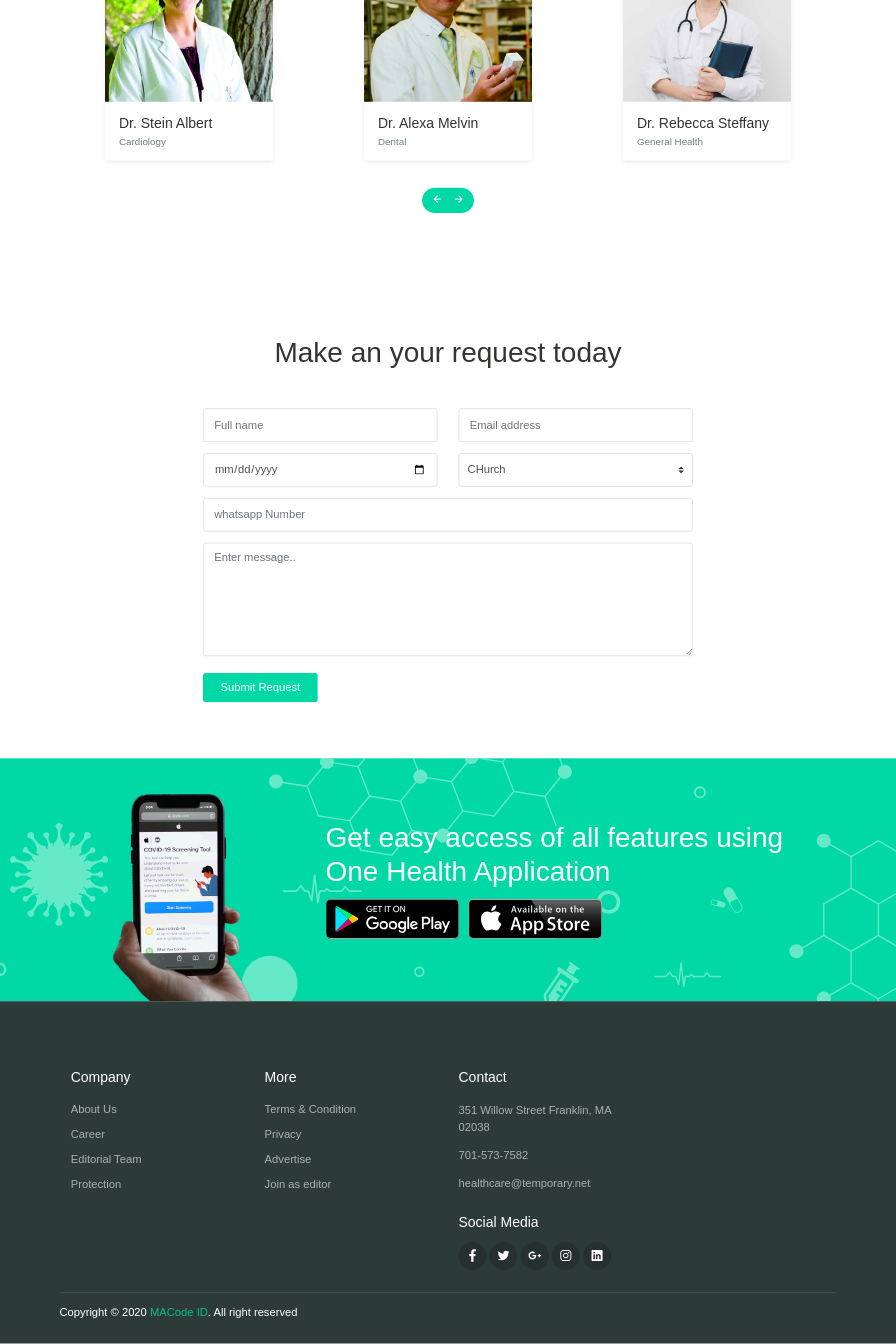
Repository: profbkmurage/myWeb
Page: html/index.html
These files come from the project's save history. The page is drawn as it stood at one moment and after the next save; the edit follows.
The browser window is 1280 px wide. The pictures show the part of the page from y = 1635 to 3555 px (the page is 3555 px tall before and 3491 px after), at 70% of full size.

Above is the page before, as saved 2023-12-10 16:11:06.

### html/index.html
<!DOCTYPE html>
<html lang="en">
<head>
  <meta charset="UTF-8">
  <meta name="viewport" content="width=device-width, initial-scale=1.0">

  <meta http-equiv="X-UA-Compatible" content="ie=edge">

  <title>M&M Website</title>

  <link rel="stylesheet" href="../assets/css/maicons.css">

  <link rel="stylesheet" href="../assets/css/bootstrap.css">

  <link rel="stylesheet" href="../assets/vendor/owl-carousel/css/owl.carousel.css">

  <link rel="stylesheet" href="../assets/vendor/animate/animate.css">

  <link rel="stylesheet" href="../assets/css/theme.css">
</head>
<body>

  <!-- Back to top button -->
  <div class="back-to-top"></div>

  <header>
    <div class="topbar">
      <div class="container">
        <div class="row">
          <div class="col-sm-8 text-sm">
            <div class="site-info">
              <a href="tel:0745755893" ><span class="mai-call text-primary"></span> +254745755893</a>
              <span class="divider">|</span>
              <a href="#"><span class="mai-mail text-primary"></span> pnjoroge@gmail.com</a>
            </div>
          </div>
          <div class="col-sm-4 text-right text-sm">
            <div class="social-mini-button">
              <a href="#"><span class="mai-logo-facebook-f"></span></a>
              <a href="#"><span class="mai-logo-twitter"></span></a>
              <a href="#"><span class="mai-logo-dribbble"></span></a>
              <a href="#"><span class="mai-logo-instagram"></span></a>
            </div>
          </div>
        </div> <!-- .row -->
      </div> <!-- .container -->
    </div> <!-- .topbar -->

    <nav class="navbar navbar-expand-lg navbar-light shadow-sm">
      <div class="container">
        <a class="navbar-brand" href="#"><span class="text-primary">P And</span> Associates Media</a>

        <!-- <form action="#">
          <div class="input-group input-navbar">
            <div class="input-group-prepend">
              <span class="input-group-text" id="icon-addon1"><span class="mai-search"></span></span>
            </div>
            <input type="text" class="form-control" placeholder="Enter keyword.." aria-label="Username" aria-describedby="icon-addon1">
          </div>
        </form> -->

        <button class="navbar-toggler" type="button" data-toggle="collapse" data-target="#navbarSupport" aria-controls="navbarSupport" aria-expanded="false" aria-label="Toggle navigation">
          <span class="navbar-toggler-icon"></span>
        </button>

        <div class="collapse navbar-collapse" id="navbarSupport">
          <ul class="navbar-nav ml-auto">
            <li class="nav-item active">
              <a class="nav-link" href="index.html">Home</a>
            </li>
            <li class="nav-item">
              <a class="nav-link" href="about.html">About Us</a>
            </li>
            <li class="nav-item">
              <a class="nav-link" href="work.html">Our work</a>
            </li>
            <li class="nav-item">
              <a class="nav-link" href="blog.html">News</a>
            </li>
            <li class="nav-item">
              <a class="nav-link" href="contact.html">Contact</a>
            </li>
            <!-- <li class="nav-item">
              <a class="btn btn-primary ml-lg-3" href="#">Login / Register</a>
            </li> -->
          </ul>
        </div> <!-- .navbar-collapse -->
      </div> <!-- .container -->
    </nav>
  </header>

  <div class="page-hero bg-image overlay-dark" style="background-image: url(../assets/img/bg_image_1.jpg);">
    <div class="hero-section">
      <div class="container text-center wow zoomIn">
        <span class="subhead">Let's make your life colorful and simpler</span>
        <h1 class="display-4">Get your color</h1>
        <a href="./work.html" class="btn btn-primary">See our work</a>
      </div>
    </div>
  </div>


  <div class="bg-light">
    <div class="page-section py-3 mt-md-n5 custom-index">
      <div class="container">
        <div class="row justify-content-center">
          <div class="col-md-4 py-3 py-md-0">
            <div class="card-service wow fadeInUp">
              <div class="circle-shape bg-secondary text-white">
                <span class="mai-chatbubbles-outline"></span>
              </div>
              <p><span>Chat</span> with a designers</p>
            </div>
          </div>
          <div class="col-md-4 py-3 py-md-0">
            <div class="card-service wow fadeInUp">
              <div class="circle-shape bg-primary text-white">
                <span class="mai-shield-checkmark"></span>
              </div>
              <p><span>Make</span>-your orders now</p>
            </div>
          </div>
          <div class="col-md-4 py-3 py-md-0">
            <div class="card-service wow fadeInUp">
              <div class="circle-shape bg-accent text-white">
                <span class="mai-basket"></span>
              </div>
              <p><span>you ask</span>-we deliver</p>
            </div>
          </div>
        </div>
      </div>
    </div> <!-- .page-section -->

    <div class="page-section pb-0">
      <div class="container">
        <div class="row align-items-center">
          <div class="col-lg-6 py-3 wow fadeInUp">
            <h1>Welcome to Your graphics <br> Center</h1>
            <p class="text-grey mb-4">Here we are commited to bridge your graphics deficts for you as an individual, small companies, organizations and even big companies and business groups. you make your order and request we have a competent and great team of engineers to do the heavy lifting for you</p>
            <a href="about.html" class="btn btn-primary">Learn More</a>
          </div>
          <div class="col-lg-6 wow fadeInRight" data-wow-delay="400ms">
            <div class="img-place custom-img-1">
              <img src="../assets/img/bg-doctor.png" alt="">
            </div>
          </div>
        </div>
      </div>
    </div> <!-- .bg-light -->
  </div> <!-- .bg-light -->

  <div class="page-section">
    <div class="container">
      <h1 class="text-center mb-5 wow fadeInUp">Our Designers</h1>

      <div class="owl-carousel wow fadeInUp" id="doctorSlideshow">
        <div class="item">
          <div class="card-doctor">
            <div class="header">
              <img src="../assets/img/doctors/doctor_1.jpg" alt="">
              <div class="meta">
                <a href="#"><span class="mai-call"></span></a>
                <a href="#"><span class="mai-logo-whatsapp"></span></a>
              </div>
            </div>
            <div class="body">
              <p class="text-xl mb-0">Dr. Stein Albert</p>
              <span class="text-sm text-grey">Cardiology</span>
            </div>
          </div>
        </div>
        <div class="item">
          <div class="card-doctor">
            <div class="header">
              <img src="../assets/img/doctors/doctor_2.jpg" alt="">
              <div class="meta">
                <a href="#"><span class="mai-call"></span></a>
                <a href="#"><span class="mai-logo-whatsapp"></span></a>
              </div>
            </div>
            <div class="body">
              <p class="text-xl mb-0">Dr. Alexa Melvin</p>
              <span class="text-sm text-grey">Dental</span>
            </div>
          </div>
        </div>
        <div class="item">
          <div class="card-doctor">
            <div class="header">
              <img src="../assets/img/doctors/doctor_3.jpg" alt="">
              <div class="meta">
                <a href="#"><span class="mai-call"></span></a>
                <a href="#"><span class="mai-logo-whatsapp"></span></a>
              </div>
            </div>
            <div class="body">
              <p class="text-xl mb-0">Dr. Rebecca Steffany</p>
              <span class="text-sm text-grey">General Health</span>
            </div>
          </div>
        </div>
        <div class="item">
          <div class="card-doctor">
            <div class="header">
              <img src="../assets/img/doctors/doctor_3.jpg" alt="">
              <div class="meta">
                <a href="#"><span class="mai-call"></span></a>
                <a href="#"><span class="mai-logo-whatsapp"></span></a>
              </div>
            </div>
            <div class="body">
              <p class="text-xl mb-0">Dr. Rebecca Steffany</p>
              <span class="text-sm text-grey">General Health</span>
            </div>
          </div>
        </div>
        <div class="item">
          <div class="card-doctor">
            <div class="header">
              <img src="../assets/img/doctors/doctor_3.jpg" alt="">
              <div class="meta">
                <a href="#"><span class="mai-call"></span></a>
                <a href="#"><span class="mai-logo-whatsapp"></span></a>
              </div>
            </div>
            <div class="body">
              <p class="text-xl mb-0">Dr. Rebecca Steffany</p>
              <span class="text-sm text-grey">General Health</span>
            </div>
          </div>
        </div>
      </div>
    </div>
  </div>

  <!-- <div class="page-section bg-light">
    <div class="container">
      <h1 class="text-center wow fadeInUp">Latest News</h1>
      <div class="row mt-5">
        <div class="col-lg-4 py-2 wow zoomIn">
          <div class="card-blog">
            <div class="header">
              <div class="post-category">
                <a href="#">Covid19</a>
              </div>
              <a href="blog-details.html" class="post-thumb">
                <img src="../assets/img/blog/blog_1.jpg" alt="">
              </a>
            </div>
            <div class="body">
              <h5 class="post-title"><a href="blog-details.html">List of Countries without Coronavirus case</a></h5>
              <div class="site-info">
                <div class="avatar mr-2">
                  <div class="avatar-img">
                    <img src="../assets/img/person/person_1.jpg" alt="">
                  </div>
                  <span>Roger Adams</span>
                </div>
                <span class="mai-time"></span> 1 week ago
              </div>
            </div>
          </div>
        </div>
        <div class="col-lg-4 py-2 wow zoomIn">
          <div class="card-blog">
            <div class="header">
              <div class="post-category">
                <a href="#">Covid19</a>
              </div>
              <a href="blog-details.html" class="post-thumb">
                <img src="../assets/img/blog/blog_2.jpg" alt="">
              </a>
            </div>
            <div class="body">
              <h5 class="post-title"><a href="blog-details.html">Recovery Room: News beyond the pandemic</a></h5>
              <div class="site-info">
                <div class="avatar mr-2">
                  <div class="avatar-img">
                    <img src="../assets/img/person/person_1.jpg" alt="">
                  </div>
                  <span>Roger Adams</span>
                </div>
                <span class="mai-time"></span> 4 weeks ago
              </div>
            </div>
          </div>
        </div>
        <div class="col-lg-4 py-2 wow zoomIn">
          <div class="card-blog">
            <div class="header">
              <div class="post-category">
                <a href="#">Covid19</a>
              </div>
              <a href="blog-details.html" class="post-thumb">
                <img src="../assets/img/blog/blog_3.jpg" alt="">
              </a>
            </div>
            <div class="body">
              <h5 class="post-title"><a href="blog-details.html">What is the impact of eating too much sugar?</a></h5>
              <div class="site-info">
                <div class="avatar mr-2">
                  <div class="avatar-img">
                    <img src="../assets/img/person/person_2.jpg" alt="">
                  </div>
                  <span>Diego Simmons</span>
                </div>
                <span class="mai-time"></span> 2 months ago
              </div>
            </div>
          </div>
        </div>

        <div class="col-12 text-center mt-4 wow zoomIn">
          <a href="blog.html" class="btn btn-primary">Read More</a>
        </div>

      </div>
    </div>
  </div> .page-section -->

  <div class="page-section">
    <div class="container">
      <h1 class="text-center wow fadeInUp">Make an your request today</h1>

      <form class="main-form">
        <div class="row mt-5 ">
          <div class="col-12 col-sm-6 py-2 wow fadeInLeft">
            <input type="text" class="form-control" placeholder="Full name">
          </div>
          <div class="col-12 col-sm-6 py-2 wow fadeInRight">
            <input type="text" class="form-control" placeholder="Email address">
          </div>
          <div class="col-12 col-sm-6 py-2 wow fadeInLeft" data-wow-delay="300ms">
            <input type="date" class="form-control">
          </div>
          <div class="col-12 col-sm-6 py-2 wow fadeInRight" data-wow-delay="300ms">
            <select name="departement" id="departement" class="custom-select">
              <option value="general">CHurch</option>
              <option value="cardiology">Small Business</option>
              <option value="dental">Large organization</option>
              <option value="neurology">Video coverage</option>
              <option value="orthopaedics">video editing</option>
            </select>
          </div>
          <div class="col-12 py-2 wow fadeInUp" data-wow-delay="300ms">
            <input type="text" class="form-control" placeholder="whatsapp Number">
          </div>
          <div class="col-12 py-2 wow fadeInUp" data-wow-delay="300ms">
            <textarea name="message" id="message" class="form-control" rows="6" placeholder="Enter message.."></textarea>
          </div>
        </div>

        <button type="submit" class="btn btn-primary mt-3 wow zoomIn">Submit Request</button>
      </form>
    </div>
  </div> <!-- .page-section -->

  <div class="page-section banner-home bg-image" style="background-image: url(../assets/img/banner-pattern.svg);">
    <div class="container py-5 py-lg-0">
      <div class="row align-items-center">
        <div class="col-lg-4 wow zoomIn">
          <div class="img-banner d-none d-lg-block">
            <img src="../assets/img/mobile_app.png" alt="">
          </div>
        </div>
        <div class="col-lg-8 wow fadeInRight">
          <h1 class="font-weight-normal mb-3">Get easy access of all features using One Health Application</h1>
          <a href="#"><img src="../assets/img/google_play.svg" alt=""></a>
          <a href="#" class="ml-2"><img src="../assets/img/app_store.svg" alt=""></a>
        </div>
      </div>
    </div>
  </div> <!-- .banner-home -->

  <footer class="page-footer">
    <div class="container">
      <div class="row px-md-3">
        <div class="col-sm-6 col-lg-3 py-3">
          <h5>Company</h5>
          <ul class="footer-menu">
            <li><a href="#">About Us</a></li>
            <li><a href="#">Career</a></li>
            <li><a href="#">Editorial Team</a></li>
            <li><a href="#">Protection</a></li>
          </ul>
        </div>
        <div class="col-sm-6 col-lg-3 py-3">
          <h5>More</h5>
          <ul class="footer-menu">
            <li><a href="#">Terms & Condition</a></li>
            <li><a href="#">Privacy</a></li>
            <li><a href="#">Advertise</a></li>
            <li><a href="#">Join as editor</a></li>
          </ul>
        </div>
        <!-- <div class="col-sm-6 col-lg-3 py-3">
          <h5>Our partner</h5>
          <ul class="footer-menu">
            <li><a href="#">One-Fitness</a></li>
            <li><a href="#">One-Drugs</a></li>
            <li><a href="#">One-Live</a></li>
          </ul>
        </div> -->
        <div class="col-sm-6 col-lg-3 py-3">
          <h5>Contact</h5>
          <p class="footer-link mt-2">351 Willow Street Franklin, MA 02038</p>
          <a href="#" class="footer-link">701-573-7582</a>
          <a href="#" class="footer-link">healthcare@temporary.net</a>

          <h5 class="mt-3">Social Media</h5>
          <div class="footer-sosmed mt-3">
            <a href="#" target="_blank"><span class="mai-logo-facebook-f"></span></a>
            <a href="#" target="_blank"><span class="mai-logo-twitter"></span></a>
            <a href="#" target="_blank"><span class="mai-logo-google-plus-g"></span></a>
            <a href="#" target="_blank"><span class="mai-logo-instagram"></span></a>
            <a href="#" target="_blank"><span class="mai-logo-linkedin"></span></a>
          </div>
        </div>
      </div>

      <hr>

      <p id="copyright">Copyright &copy; 2020 <a href="https://macodeid.com/" target="_blank">MACode ID</a>. All right reserved</p>
    </div>
  </footer>

<script src="../assets/js/jquery-3.5.1.min.js"></script>

<script src="../assets/js/bootstrap.bundle.min.js"></script>

<script src="../assets/vendor/owl-carousel/js/owl.carousel.min.js"></script>

<script src="../assets/vendor/wow/wow.min.js"></script>

<script src="../assets/js/theme.js"></script>

</body>
</html>

Loaded but not shown: assets/css/bootstrap.css (library); assets/vendor/owl-carousel/css/owl.carousel.css (library); assets/vendor/animate/animate.css (library); assets/js/jquery-3.5.1.min.js (library); assets/js/bootstrap.bundle.min.js (library); assets/vendor/owl-carousel/js/owl.carousel.min.js (library); assets/vendor/wow/wow.min.js (library); assets/js/theme.js (65 lines, source omitted); assets/css/maicons.css (2634 lines, source omitted); assets/css/theme.css (1836 lines, source omitted)

After the next save:
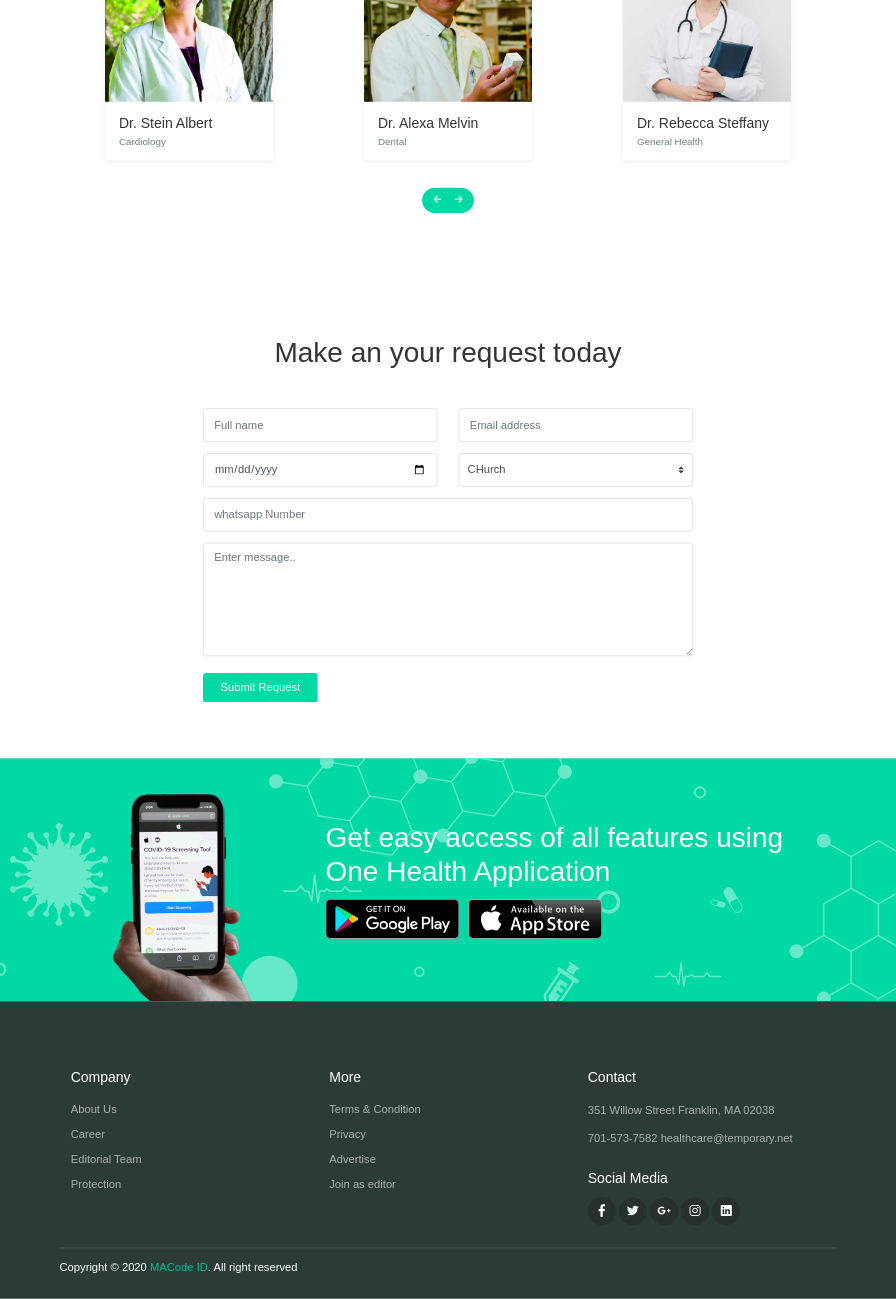
Saved 17 s later.
--- a/html/index.html
+++ b/html/index.html
@@ -376,7 +376,7 @@
   <footer class="page-footer">
     <div class="container">
       <div class="row px-md-3">
-        <div class="col-sm-6 col-lg-3 py-3">
+        <div class="col-sm-6 col-lg-4 py-3">
           <h5>Company</h5>
           <ul class="footer-menu">
             <li><a href="#">About Us</a></li>
@@ -385,7 +385,7 @@
             <li><a href="#">Protection</a></li>
           </ul>
         </div>
-        <div class="col-sm-6 col-lg-3 py-3">
+        <div class="col-sm-6 col-lg-4 py-3">
           <h5>More</h5>
           <ul class="footer-menu">
             <li><a href="#">Terms & Condition</a></li>
@@ -402,7 +402,7 @@
             <li><a href="#">One-Live</a></li>
           </ul>
         </div> -->
-        <div class="col-sm-6 col-lg-3 py-3">
+        <div class="col-sm-6 col-lg-4 py-3">
           <h5>Contact</h5>
           <p class="footer-link mt-2">351 Willow Street Franklin, MA 02038</p>
           <a href="#" class="footer-link">701-573-7582</a>
